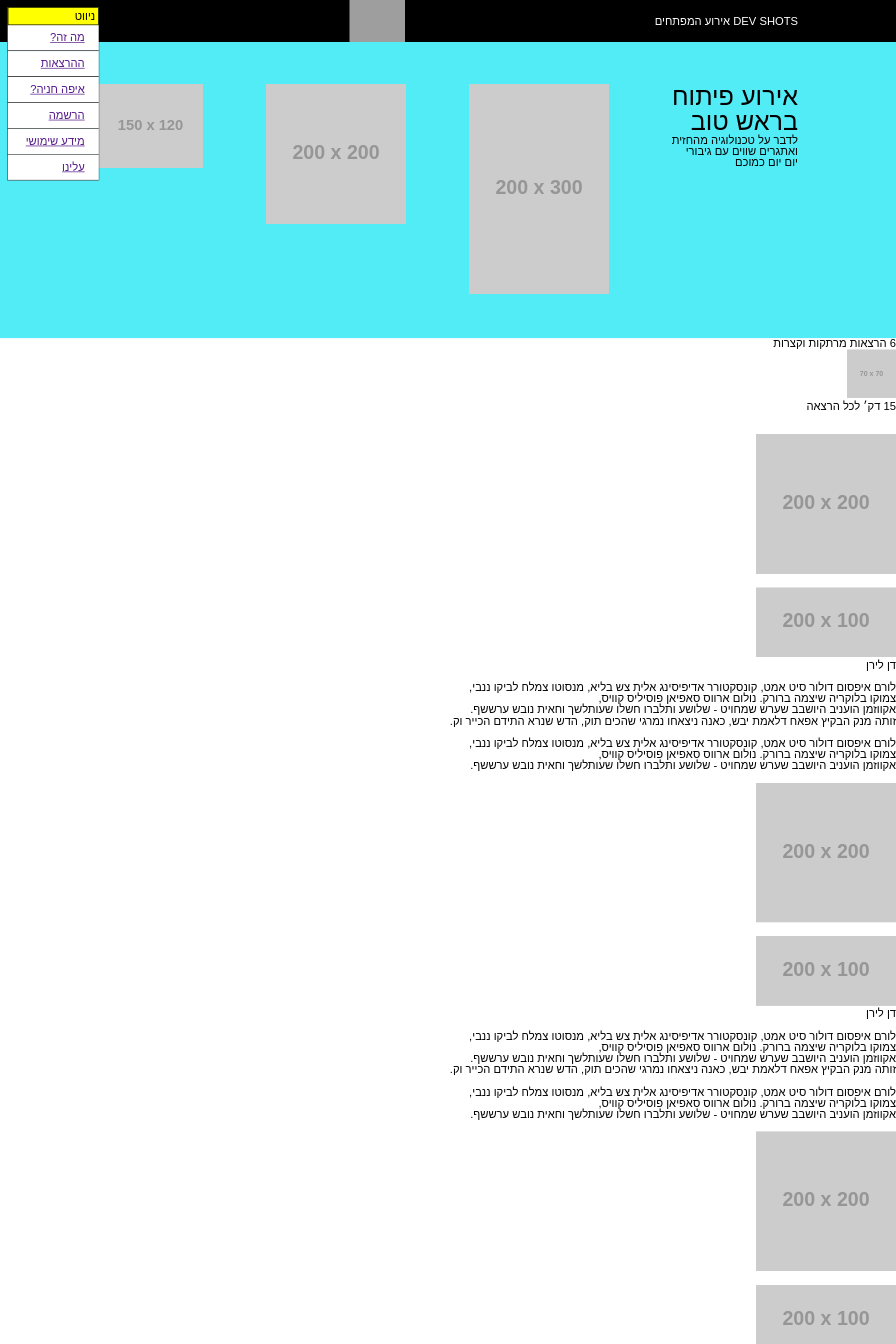
Repository: Julian-Escobar/DevShots
Page: index.html
An editor plug-in stored every save of this project. The page is shown before and after the next save, followed by the edit.
The browser window is 1280 px wide. The pictures show the part of the page from y = 0 to 1920 px (the page is 5946 px tall), at 70% of full size.
Pictures or frames that could not be fetched are drawn as grey boxes.

Above is the page before, as saved 2018-08-28 20:37:42.

### index.html
<!DOCTYPE HTML>
<html>
  <head>
      <link rel="stylesheet" href="style.css">
        <style>

                body{
                    text-align: right;
                    direction: rtl;
                }
        </style>
  </head>
  <body>
      <!--header-->

      <section class="conteiner1">
            <header class="wrapper">
          <h2 class="title">   DEV SHOTS אירוע המפתחים  </h2>
          <div> <a> <img class="netcraftlogo" src="https://cdn.dribbble.com/users/277968/screenshots/1639449/netcraftdev_1x.png" alt="netcraft logo"> </a> </div>
          <div > <nav class="dropdownnav">
            <ul class="nav_conteiner">
              <li><div class="navtitle"> <b>ניווט</b></li><li><a class="navlink" href=""> מה
                   זה? </a></li><li><a class="navlink" href=""> ההרצאות

                   </a></li><li><a class="navlink" href=""> איפה
                        חניה? </a></li><li><a class="navlink" href=""> הרשמה

                        </a></li><li><a class="navlink" href=""> מידע
                             שימושי </a></li><li><a class="navlink" href=""> עלינו </a></li>
                                  </ul></nav></div>
       </header> </section>

       <!--section 1-->

       <section class="wrapper2" >
             <div class="container2"> <div class="textcontainer">  <h1 class="secondtitle">אירוע פיתוח<br> בראש טוב</h1>
                     <p> לדבר על טכנולוגיה מהחזית <br>ואתגרים שווים עם גיבורי<br> יום יום כמוכם</p>
                    </div>

          <a class="robot 1"href="https://placeholder.com"><img src="https://via.placeholder.com/200x300" alt="robot1 image"></a>
          <a class="robot 2"href="https://placeholder.com"><img src="https://via.placeholder.com/200x200" alt="robot2 image"></a>
          <a class="robot 3"href="https://placeholder.com"><img src="https://via.placeholder.com/150x120" alt="robot3 image"></a>
             </div> </section>



              <!--section 2 lectures-->

        <section class="section2 conteiner">
                    <h3>6 הרצאות מרתקות וקצרות</h3>
                    <div class="lecture time"> <a class="clock icon"href="https://placeholder.com"><img src="https://via.placeholder.com/70x70"alt="clock icon"> </a>
                    <p>15 דק׳ לכל הרצאה</p></div>
                    <br>
                    <br>

                  <article class="lecture container">
                            <a class="prof picture"href="https://placeholder.com"><img src="https://via.placeholder.com/200x200" alt="lecturer photo"></a>
                             <h3 class="card title">חומריות בעולם הגידיטל</h3>
                             <a class="bubble image"href="https://placeholder.com"><img src="https://via.placeholder.com/200x100"alt="bubble image"></a>
                                <p class="prof name">דן לירן</p> </div>
                                <p class=><br>לורם איפסום דולור סיט אמט, קונסקטורר אדיפיסינג אלית צש בליא, מנסוטו צמלח לביקו ננבי,
                                        <br>צמוקו בלוקריה שיצמה ברורק. נולום ארווס סאפיאן פוסיליס קוויס,
                                        <br>אקווזמן הועניב היושבב שערש שמחויט - שלושע ותלברו חשלו שעותלשך וחאית נובש ערששף.
                                        <br> זותה מנק הבקיץ אפאח דלאמת יבש, כאנה ניצאחו נמרגי שהכים תוק, הדש שנרא התידם הכייר וק.</p>
                                    <p><br>לורם איפסום דולור סיט אמט, קונסקטורר אדיפיסינג אלית צש בליא, מנסוטו צמלח לביקו ננבי,
                                        <br> צמוקו בלוקריה שיצמה ברורק. נולום ארווס סאפיאן פוסיליס קוויס,
                                        <br>  אקווזמן הועניב היושבב שערש שמחויט - שלושע ותלברו חשלו שעותלשך וחאית נובש ערששף. </p>

                 </article>
                 <br>
                 <article class="lecture container">
                        <a class="prof picture"href="https://placeholder.com"><img src="https://via.placeholder.com/200x200"alt="lecturer photo"></a>
                         <h3 class="card title">חומריות בעולם הגידיטל</h3>
                         <a class="bubble image"href="https://placeholder.com"><img src="https://via.placeholder.com/200x100"alt="bubble image"></a>
                            <p class="prof name">דן לירן</p> </div>
                            <p class=><br>לורם איפסום דולור סיט אמט, קונסקטורר אדיפיסינג אלית צש בליא, מנסוטו צמלח לביקו ננבי,
                                    <br>צמוקו בלוקריה שיצמה ברורק. נולום ארווס סאפיאן פוסיליס קוויס,
                                    <br>אקווזמן הועניב היושבב שערש שמחויט - שלושע ותלברו חשלו שעותלשך וחאית נובש ערששף.
                                    <br> זותה מנק הבקיץ אפאח דלאמת יבש, כאנה ניצאחו נמרגי שהכים תוק, הדש שנרא התידם הכייר וק.</p>
                                <p><br>לורם איפסום דולור סיט אמט, קונסקטורר אדיפיסינג אלית צש בליא, מנסוטו צמלח לביקו ננבי,
                                    <br> צמוקו בלוקריה שיצמה ברורק. נולום ארווס סאפיאן פוסיליס קוויס,
                                    <br>  אקווזמן הועניב היושבב שערש שמחויט - שלושע ותלברו חשלו שעותלשך וחאית נובש ערששף. </p>

             </article>

             <br>
             <article class="lecture container">
                    <a class="prof picture"href="https://placeholder.com"><img src="https://via.placeholder.com/200x200"alt="lecturer photo"></a>
                    <h3 class="card title">חומריות בעולם הגידיטל</h3>
                     <a class="bubble image"href="https://placeholder.com"><img src="https://via.placeholder.com/200x100"alt="bubble image"></a>
                        <p class="prof name">דן לירן</p> </div>
                        <p class=><br>לורם איפסום דולור סיט אמט, קונסקטורר אדיפיסינג אלית צש בליא, מנסוטו צמלח לביקו ננבי,
                                <br>צמוקו בלוקריה שיצמה ברורק. נולום ארווס סאפיאן פוסיליס קוויס,
                                <br>אקווזמן הועניב היושבב שערש שמחויט - שלושע ותלברו חשלו שעותלשך וחאית נובש ערששף.
                                <br> זותה מנק הבקיץ אפאח דלאמת יבש, כאנה ניצאחו נמרגי שהכים תוק, הדש שנרא התידם הכייר וק.</p>
                            <p><br>לורם איפסום דולור סיט אמט, קונסקטורר אדיפיסינג אלית צש בליא, מנסוטו צמלח לביקו ננבי,
                                <br> צמוקו בלוקריה שיצמה ברורק. נולום ארווס סאפיאן פוסיליס קוויס,
                                <br>  אקווזמן הועניב היושבב שערש שמחויט - שלושע ותלברו חשלו שעותלשך וחאית נובש ערששף. </p>

         </article>
         <br>

         <article class="lecture container">
                <a class="prof picture"href="https://placeholder.com"><img src="https://via.placeholder.com/200x200"alt="lecturer photo"></a>
                <h3 class="card title">חומריות בעולם הגידיטל</h3>
                <a class="bubble image"href="https://placeholder.com"><img src="https://via.placeholder.com/200x100"alt="bubble image"></a>
                    <p class="prof name">דן לירן</p> </div>
                    <p class=><br>לורם איפסום דולור סיט אמט, קונסקטורר אדיפיסינג אלית צש בליא, מנסוטו צמלח לביקו ננבי,
                            <br>צמוקו בלוקריה שיצמה ברורק. נולום ארווס סאפיאן פוסיליס קוויס,
                            <br>אקווזמן הועניב היושבב שערש שמחויט - שלושע ותלברו חשלו שעותלשך וחאית נובש ערששף.
                            <br> זותה מנק הבקיץ אפאח דלאמת יבש, כאנה ניצאחו נמרגי שהכים תוק, הדש שנרא התידם הכייר וק.</p>
                        <p><br>לורם איפסום דולור סיט אמט, קונסקטורר אדיפיסינג אלית צש בליא, מנסוטו צמלח לביקו ננבי,
                            <br> צמוקו בלוקריה שיצמה ברורק. נולום ארווס סאפיאן פוסיליס קוויס,
                            <br>  אקווזמן הועניב היושבב שערש שמחויט - שלושע ותלברו חשלו שעותלשך וחאית נובש ערששף. </p>

     </article>
     <br>

     <article class="lecture container">
            <a class="prof picture"href="https://placeholder.com"><img src="https://via.placeholder.com/200x200"alt="lecturer photo"></a>
             <h3 class="card title">חומריות בעולם הגידיטל</h3>
             <a class="bubble image"href="https://placeholder.com"><img src="https://via.placeholder.com/200x100"alt="bubble image"></a>
                <p class="prof name">דן לירן</p> </div>
                <p class=><br>לורם איפסום דולור סיט אמט, קונסקטורר אדיפיסינג אלית צש בליא, מנסוטו צמלח לביקו ננבי,
                        <br>צמוקו בלוקריה שיצמה ברורק. נולום ארווס סאפיאן פוסיליס קוויס,
                        <br>אקווזמן הועניב היושבב שערש שמחויט - שלושע ותלברו חשלו שעותלשך וחאית נובש ערששף.
                        <br> זותה מנק הבקיץ אפאח דלאמת יבש, כאנה ניצאחו נמרגי שהכים תוק, הדש שנרא התידם הכייר וק.</p>
                    <p><br>לורם איפסום דולור סיט אמט, קונסקטורר אדיפיסינג אלית צש בליא, מנסוטו צמלח לביקו ננבי,
                        <br> צמוקו בלוקריה שיצמה ברורק. נולום ארווס סאפיאן פוסיליס קוויס,
                        <br>  אקווזמן הועניב היושבב שערש שמחויט - שלושע ותלברו חשלו שעותלשך וחאית נובש ערששף. </p>

 </article>

 <br>
 <article class="lecture container">
        <a class="prof picture"href="https://placeholder.com"><img src="https://via.placeholder.com/200x200"alt="lecturer photo"></a>
         <h3 class="card title">חומריות בעולם הגידיטל</h3>
         <a class="bubble image"href="https://placeholder.com"><img src="https://via.placeholder.com/200x100"alt="bubble image"></a>
            <p class="prof name">דן לירן</p> </div>
            <p class=><br>לורם איפסום דולור סיט אמט, קונסקטורר אדיפיסינג אלית צש בליא, מנסוטו צמלח לביקו ננבי,
                    <br>צמוקו בלוקריה שיצמה ברורק. נולום ארווס סאפיאן פוסיליס קוויס,
                    <br>אקווזמן הועניב היושבב שערש שמחויט - שלושע ותלברו חשלו שעותלשך וחאית נובש ערששף.
                    <br> זותה מנק הבקיץ אפאח דלאמת יבש, כאנה ניצאחו נמרגי שהכים תוק, הדש שנרא התידם הכייר וק.</p>
                <p><br>לורם איפסום דולור סיט אמט, קונסקטורר אדיפיסינג אלית צש בליא, מנסוטו צמלח לביקו ננבי,
                    <br> צמוקו בלוקריה שיצמה ברורק. נולום ארווס סאפיאן פוסיליס קוויס,
                    <br>  אקווזמן הועניב היושבב שערש שמחויט - שלושע ותלברו חשלו שעותלשך וחאית נובש ערששף. </p>
</article>
<div> <a class="robot4"> <img src="https://via.placeholder.com/70x70"alt="robot4 image"> </a></div>
</section>


<!--section 3 directions-->

<section>
    <article>
    <h4> אז איפה שמים את האוטו?</h4>
    <p>ועוד כמה פרטים חשובים...</p>
    <p> הערב יערך במועדון הסבל</p>
    <address> דרך שלומו 53, תל אביב</address>
 <div class="buses container">
       <hr class=line1>
       <p>מתכנסים בשעה</p>
       <p><big> 18:30 </big></p>
       <hr class=line1>
       <dl>
            <dt>חניה</dt>
              <hr class=line1>
              <dd>1. חניון אלי פלט</dd>
              <dd>2. רחוב אלפסי</dd>
              <dd>3. רחוב חיים בן אתר</dd>
       </dl>
 </div>

 <div class="buses container">
                <hr class=line1>
                <p>מתחילים בשעה:</p>
                <p><big> 19:00 </big></p>
                <hr class=line1>
                <dl>

                     <dt>אוטובוסים</dt>
                       <hr class=line1>
                       <dd>1. רכבת מרכז - 142,42</dd>
                       <dd>2. תחנה מרכזית - 163, 201, 96</dd>
                </dl>
 </div>
 <div class="map">
        <a class="map"> <img src="https://via.placeholder.com/400x400" alt="map image"> </a></div>
        <a class="lupa"> <img src="https://via.placeholder.com/15x15" alt="lupa icon"> </a></div>
        <a href="url">למפה המלאה</a>
</div> </article> </section>
<br>

<!--section 4 contact-->
<h5> הרשמה </h5>
<p>הכניסה היא בחינם אבל מספר המקומות מצומצם.</p>
<p> הערב יערך במועדון הסבנשמח אם תרשמו רק אם אתם מתכוונים להגיע- כדי שלא נסרב למישהו אחר</p>
<hr class=line3>
<p>כל הפרטים אישיים ישארו חסומים ולא נעביא אותם לאף אחד</p>
<hr class=line3>
<br>
<br>

<form action="" method="post">
    <div>
        <label for="name">שם מלא</label>
        <input type="text" placeholder="פרטי וגם משפחה" id="name" name="user_name">
    </div>
    <div>
        <label for="position">תפקיד</label>
        <input  type="position" placeholder="מה אתם עושים ביום יום" id="position" name="user_position">
    </div>
    <div>
            <label for="organization">ארגון</label>
            <input  type="organization" placeholder="מי משלם לכם משכורת" id="organization" name="user_organization">
        </div>
    <div>
            <label for="phone">מספר טלפון</label>
            <input  type="phone" placeholder="או סלולרי, לנו זה לא איכפת" id="phone" name="user_phone">
        </div>
        <div>
                <label for="friends">יש חברים?</label>
                <input  type="friends" placeholder="יש מלא אבל אני בא לבד" id="friends" name="user_friends">
            </div>
            <button name="button">זהו שלח אותי</button>
    </form>
    <br>

<!--section 5 Useful information-->

<section>
    <h6><big>מידע שימושי</big></h6>

    <article> <div class="card2"> <a class="card2 image"> <img src="https://via.placeholder.com/100x100"alt="card image"></a><h3 class="car2 title">קונסקטורר אדיפיסינג אלית</h3>
        <p class="p card2">לורם איפסום דולור סיט אמט, קונסקטורר אדיפיסינג אלית נולום ארווס סאפיאן - פוסיליס קוויס, אקווזמן קולורס מונפרד אדנדום סילקוף, מרגשי ומרגשח</p>
    </div></article>

    <article> <div class="card2"> <a class="card2 image"> <img src="https://via.placeholder.com/100x100"alt="card image"></a><h3 class="car2 title">קונסקטורר אדיפיסינג אלית</h3>
        <p class="p card2">לורם איפסום דולור סיט אמט, קונסקטורר אדיפיסינג אלית נולום ארווס סאפיאן - פוסיליס קוויס, אקווזמן קולורס מונפרד אדנדום סילקוף, מרגשי ומרגשח</p>
    </div></article>

    <article> <div class="card2"> <a class="card2 image"> <img src="https://via.placeholder.com/100x100"alt="card image"></a><h3 class="car2 title">קונסקטורר אדיפיסינג אלית</h3>
        <p class="p card2">לורם איפסום דולור סיט אמט, קונסקטורר אדיפיסינג אלית נולום ארווס סאפיאן - פוסיליס קוויס, אקווזמן קולורס מונפרד אדנדום סילקוף, מרגשי ומרגשח</p>
    </div></article>

    <article> <div class="card2"> <a class="card2 image"> <img src="https://via.placeholder.com/100x100"alt="card image"></a><h3 class="car2 title">קונסקטורר אדיפיסינג אלית</h3>
        <p class="p card2">לורם איפסום דולור סיט אמט, קונסקטורר אדיפיסינג אלית נולום ארווס סאפיאן - פוסיליס קוויס, אקווזמן קולורס מונפרד אדנדום סילקוף, מרגשי ומרגשח</p>
    </div></article>

    <article> <div class="card2"> <a class="card2 image"> <img src="https://via.placeholder.com/100x100"alt="card image"></a><h3 class="car2 title">קונסקטורר אדיפיסינג אלית</h3>
        <p class="p card2">לורם איפסום דולור סיט אמט, קונסקטורר אדיפיסינג אלית נולום ארווס סאפיאן - פוסיליס קוויס, אקווזמן קולורס מונפרד אדנדום סילקוף, מרגשי ומרגשח</p>
    </div></article>

    <article> <div class="card2"> <a class="card2 image"> <img src="https://via.placeholder.com/100x100"alt="card image"></a><h3 class="car2 title">קונסקטורר אדיפיסינג אלית</h3>
        <p class="p card2">לורם איפסום דולור סיט אמט, קונסקטורר אדיפיסינג אלית נולום ארווס סאפיאן - פוסיליס קוויס, אקווזמן קולורס מונפרד אדנדום סילקוף, מרגשי ומרגשח</p>
    </div></article>

    <a class="bottom robot"> <img src="https://via.placeholder.com/200x100"></a>
</section>

<!--section 6 footer-->
<section>
    <div class="footer div"><H3 class="footer title"> קצת עלינו</H3></div>
            <sec> <div class="footer components"> <a class="netcraft logo"> <img src="https://via.placeholder.com/100x30"alt="net craft logo"></a> </div>
            <div class="footer components"><p><b><big> נטפרפט </big></b>ורם איפסום דולור סיט אמט, קונסקטורר אדיפיסינג אלית נולום ארווס סאפיאן - פוסיליס קוויס, אקווזמן קולורס מונפרד אדנדום סילקוף, מרגשי ומרגשח. עמחליף גולר מונפרר סוברט</p></div>
            <div class="footer components"> <a class="logo"> <img src="https://via.placeholder.com/30x30"></a> <p>לורם איפסום דולור סיט אמט</p> </div>
            <div class="footer components"> <a class="logo"> <img src="https://via.placeholder.com/30x30"></a> <p>לורם איפסום דולור סיט אמט</p> </div>
            <div class="footer components"> <a class="logo"> <img src="https://via.placeholder.com/30x30"></a> <p>לורם איפסום דולור סיט אמט</p> </div>
            <div class="footer components"> <a class="logo"> <img src="https://via.placeholder.com/30x30"></a> <p>לורם איפסום דולור סיט אמט</p> </div>

            <div class="footer detail"> <p> איפסום דולור סיט אמט | איפסום דולור סיט אמט | איפסום דולור סיט אמט | some info@here </p> <a class="logo netcraft small"> <img src="https://via.placeholder.com/30x12"alt="netcraft logo"></a>  </div></sec>
</section>

  </body>
</html>

### style.css
/* http://meyerweb.com/eric/tools/css/reset/
   v2.0 | 20110126
   License: none (public domain)
*/

html, body, div, span, applet, object, iframe,
h1, h2, h3, h4, h5, h6, p, blockquote, pre,
a, abbr, acronym, address, big, cite, code,
del, dfn, em, img, ins, kbd, q, s, samp,
small, strike, strong, sub, sup, tt, var,
b, u, i, center,
dl, dt, dd, ol, ul, li,
fieldset, form, label, legend,
table, caption, tbody, tfoot, thead, tr, th, td,
article, aside, canvas, details, embed,
figure, figcaption, footer, header, hgroup,
menu, nav, output, ruby, section, summary,
time, mark, audio, video {
	margin: 0;
	padding: 0;
	border: 0;
	font-size: 100%;
	font: inherit;
	vertical-align: baseline;
}
/* HTML5 display-role reset for older browsers */
article, aside, details, figcaption, figure,
footer, header, hgroup, menu, nav, section {
	display: block;
}
body {
	line-height: 1;
}
ol, ul {
	list-style: none;
}
blockquote, q {
	quotes: none;
}
blockquote:before, blockquote:after,
q:before, q:after {
	content: '';
	content: none;
}
table {
	border-collapse: collapse;
	border-spacing: 0;
}



@font-face {
    font-family: 'Rubik', sans-serif;
    src: url("hhttps://fonts.googleapis.com/css?family=Rubik" );
}

body{
    font-family: 'Rubik', sans-serif;
    margin: 0 auto;

}

/**** header ****/

.conteiner1{
    width: 100%;
    display: flex;
    justify-content: space-between;
    align-content: center;
    height: 60px;
    background-color: black;
    margin: 0;
}


header {
    background-color: black;
    width: 1000px;
    display: flex;
    justify-content: space-between;
    align-content: center;
    margin: 0 auto;
    padding: 0 auto;
}


.title {
    font-weight: 100;
    color: white;
    align-self: center;
}
.netcraftlogo {
    height:60px;
    align-self: center;

    }

    .navtitle {
        background-color: yellow;
        padding: 4px;
        border: 1px solid black
    }


    .dropdownnav {
        border: 1px solid black;
        float: right;
    }

    .nav_conteiner {
        position: fixed;
        top: 0;
        left: 0;
        width: 130px;
        border-left: 1px solid black;
        border-right: 1px solid black;
        margin: 10px;


    }

    .navlink {
        background-color: white;
        border-bottom: 1px solid black;
        align-self: right;
        display: block;
        position: relative;
        padding-top: 10px;
        padding-bottom: 10px;
        padding-left: 20px;
        padding-right: 20px;
   }

   /**** header ****/

   /**** section1r ****/

   .wrapper2 {
    width: 100%;
    display: flex;
    justify-content: space-between;
    align-content: center;
    height: 100%;
    background-color: rgb(82, 236, 247);
    margin: 0%;
    padding-top: 60px;
    padding-bottom: 60px;
}

.container2 {
    width: 1000px;
    display: flex;
    justify-content: space-between;
    align-content: center;
    margin: 0 auto;
    padding: 0 auto;
}

h1{
    font-size: 36px;

}

After the next save:
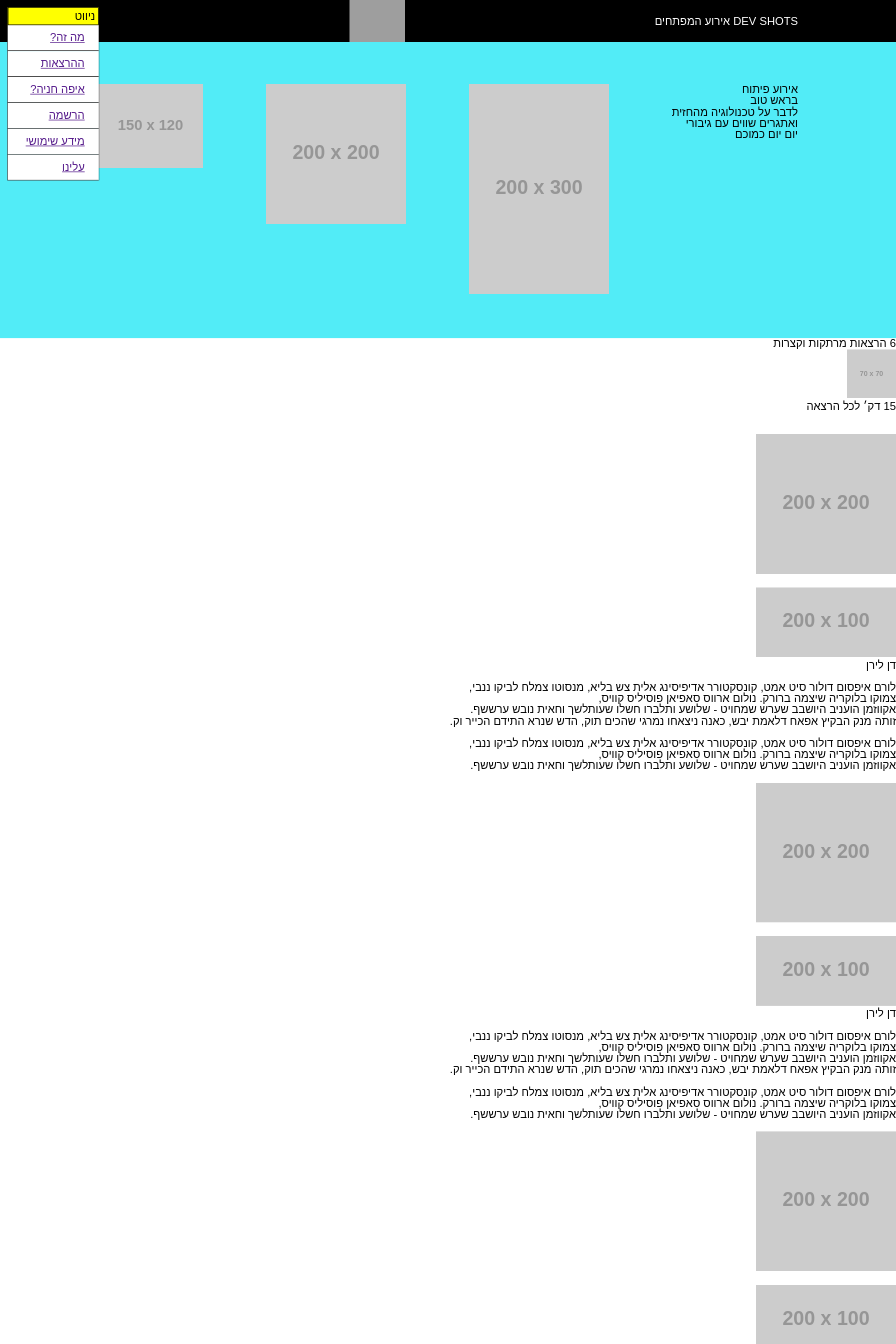
Saved 65 s later.
--- a/style.css
+++ b/style.css
@@ -157,6 +157,5 @@
 }
 
 h1{
-    font-size: 36px;
-
+    font-size: 36px white;
 }

After the save that followed:
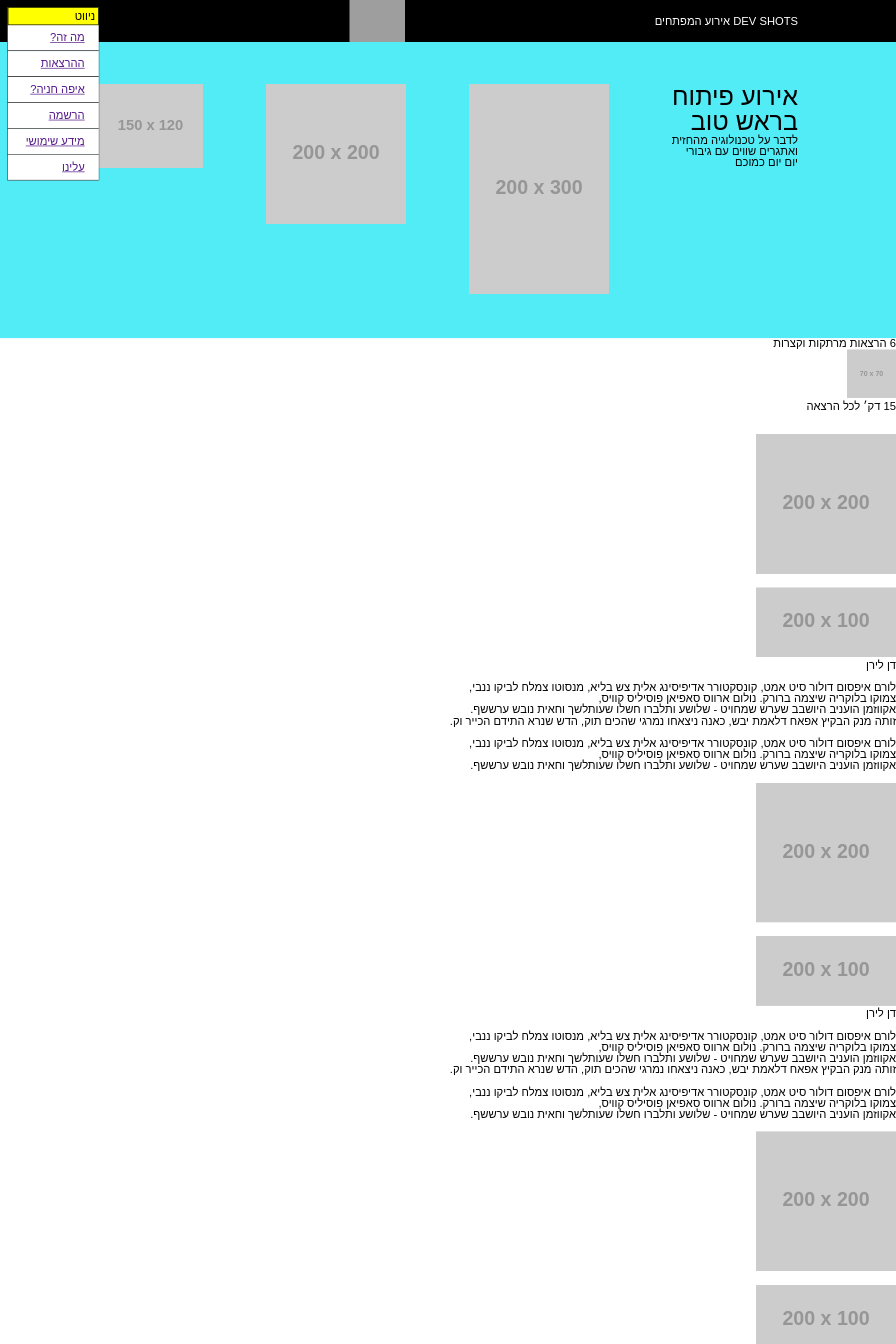
Saved 9 s later.
--- a/style.css
+++ b/style.css
@@ -157,5 +157,6 @@
 }
 
 h1{
-    font-size: 36px white;
+    font-size: 36px;
+     white;
 }
